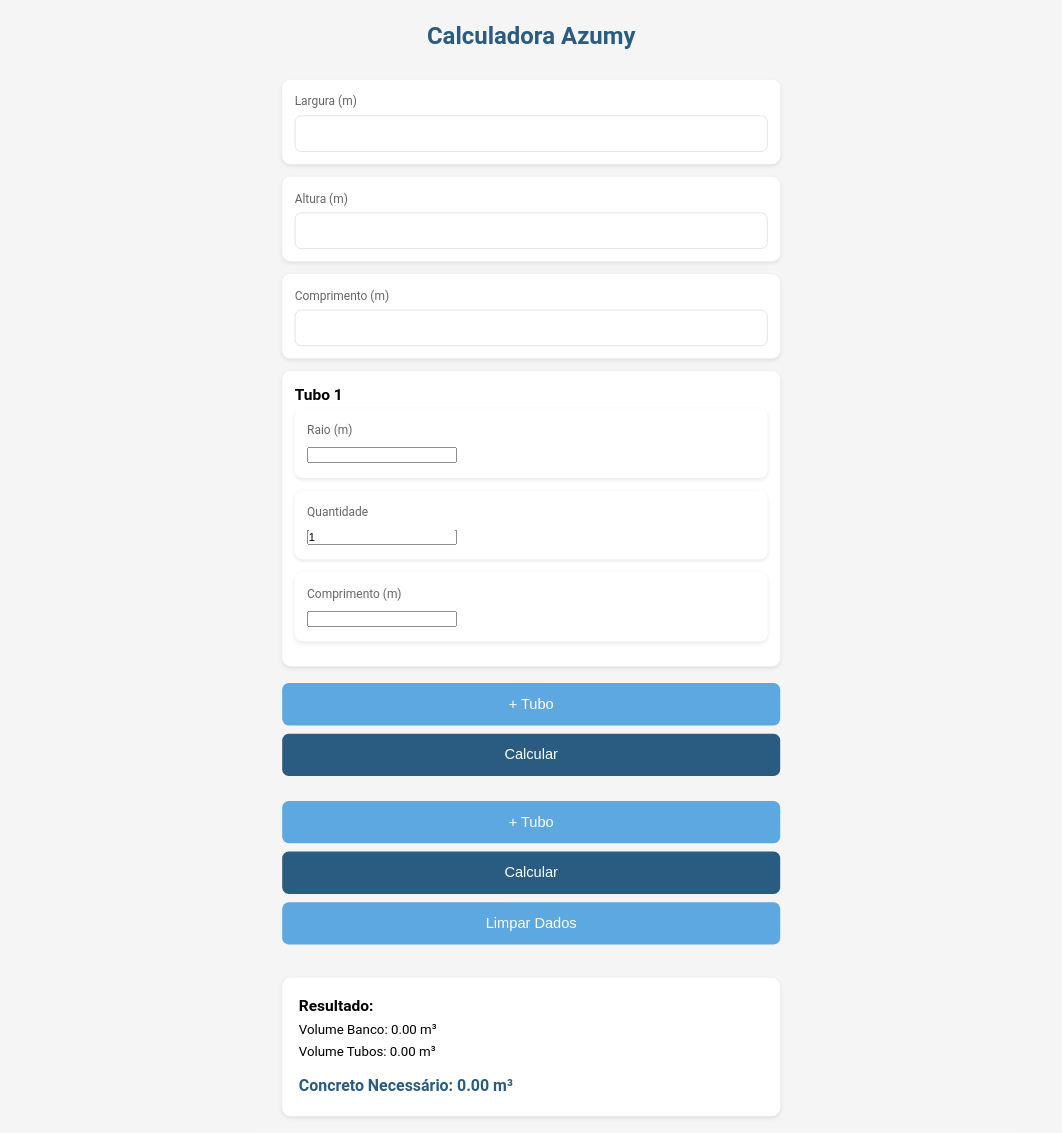
Repository: Valmir-Goncalves/calc_Uane_Souza
Page: concrete-calc/index.html
The author's editor kept a copy of each file at every save. The page is drawn from the files as they stood at one save, then again after the next save.
The browser window is 1280 px wide. The pictures show the whole page, at 83% of full size.

Above is the page before, as saved 2025-03-23 04:39:26.

After the next save:
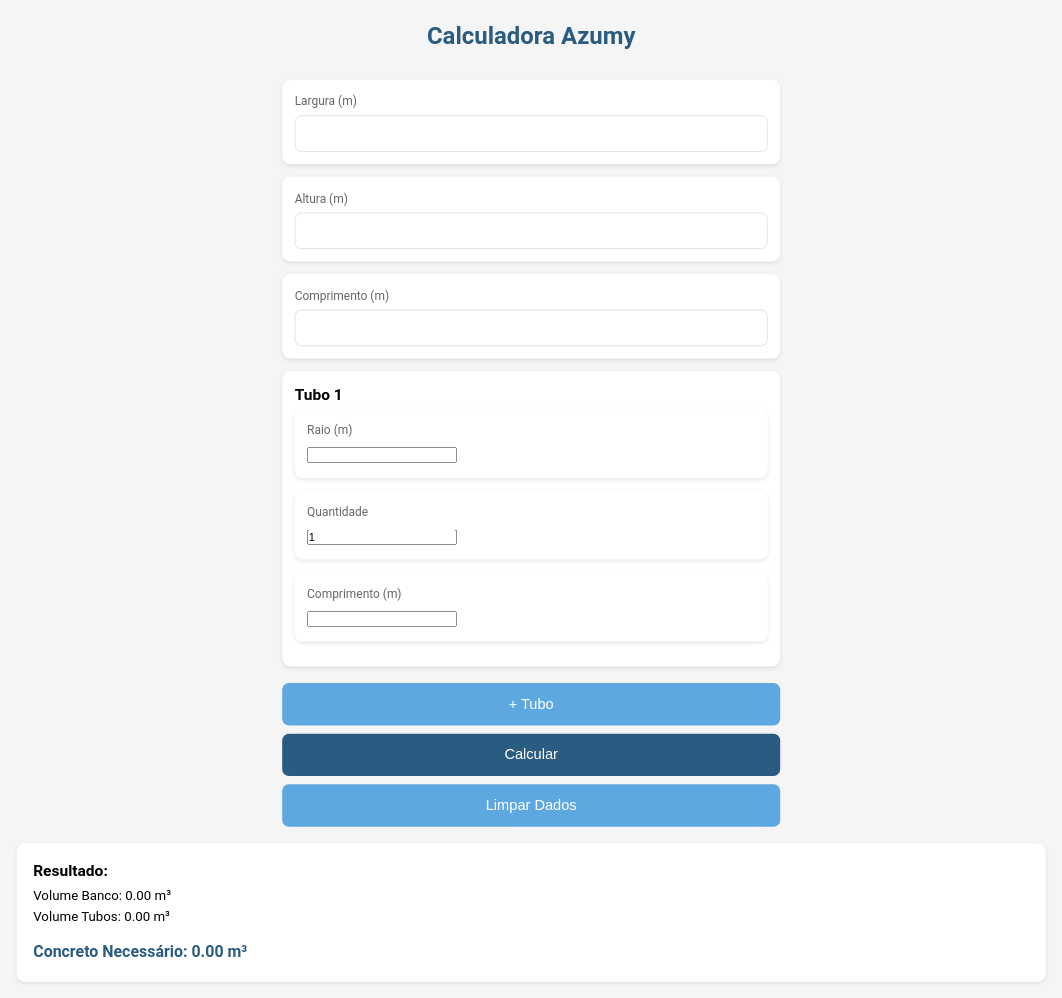
Saved 64 s later.
--- a/concrete-calc/index.html
+++ b/concrete-calc/index.html
@@ -47,9 +47,7 @@
         <div class="button-group">
             <button type="button" class="mobile-btn" onclick="adicionarTubo()">+ Tubo</button>
             <button type="button" class="mobile-btn primary" onclick="calcular()">Calcular</button>
-            <div class="button-group">
-                <button type="button" class="mobile-btn" onclick="adicionarTubo()">+ Tubo</button>
-                <button type="button" class="mobile-btn primary" onclick="calcular()">Calcular</button>
+
                 <button type="button" class="mobile-btn" onclick="limparDados()">Limpar Dados</button>
             </div>
         </div>
